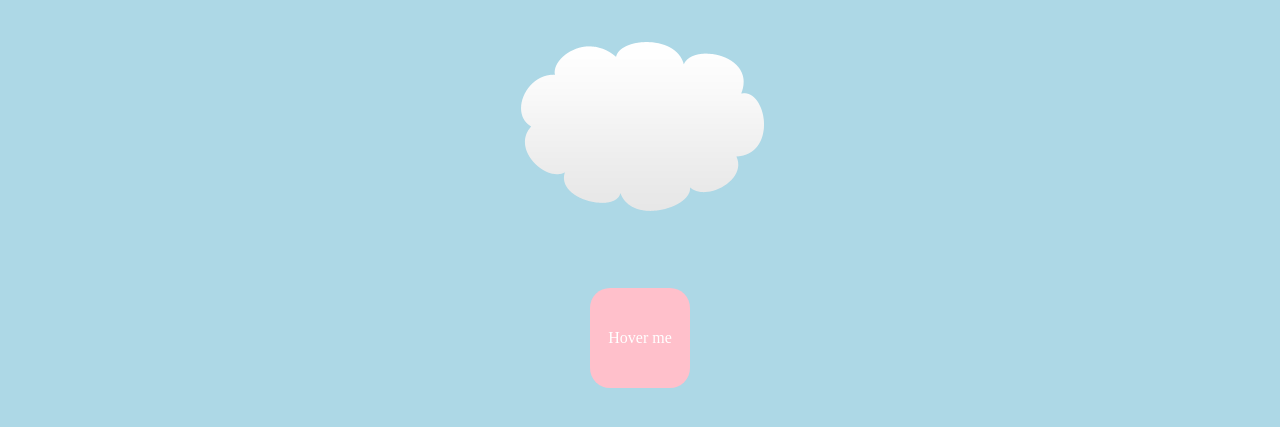
Repository: RemModz/Animacja-Mario
Page: index.html
The author's editor kept a copy of each file at every save. The page is drawn from the files as they stood at one save, then again after the next save.
The browser window is 1280 px wide. The pictures show the whole page.

Above is the page before, as saved 2018-11-08 19:00:43.

After the next save:
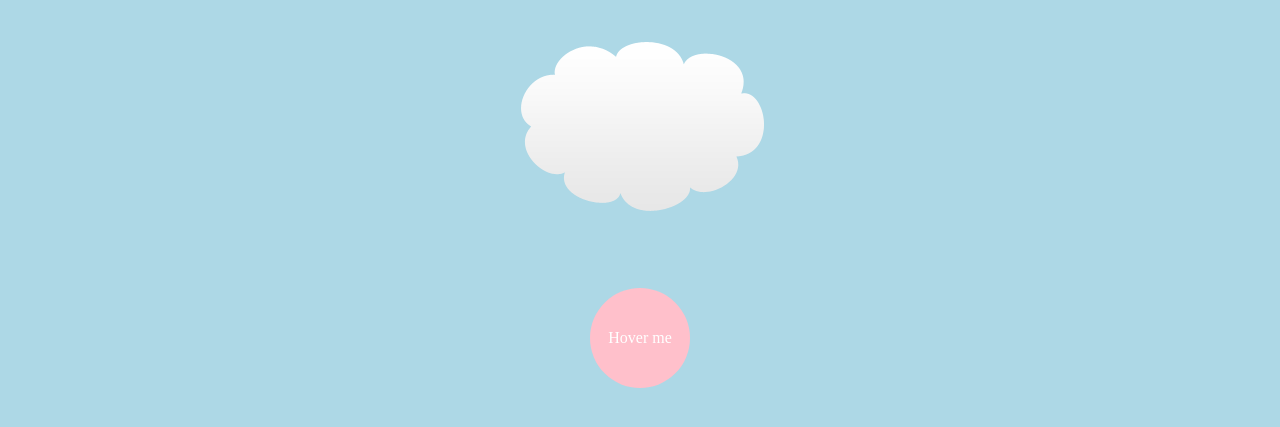
Saved 20 s later.
--- a/style.css
+++ b/style.css
@@ -19,7 +19,7 @@
   margin: 60px auto;
   background: pink;
   color: white;
-  border-radius: 20px;
+  border-radius: 50px;
   cursor: pointer;
   transition: 1s;
 }
